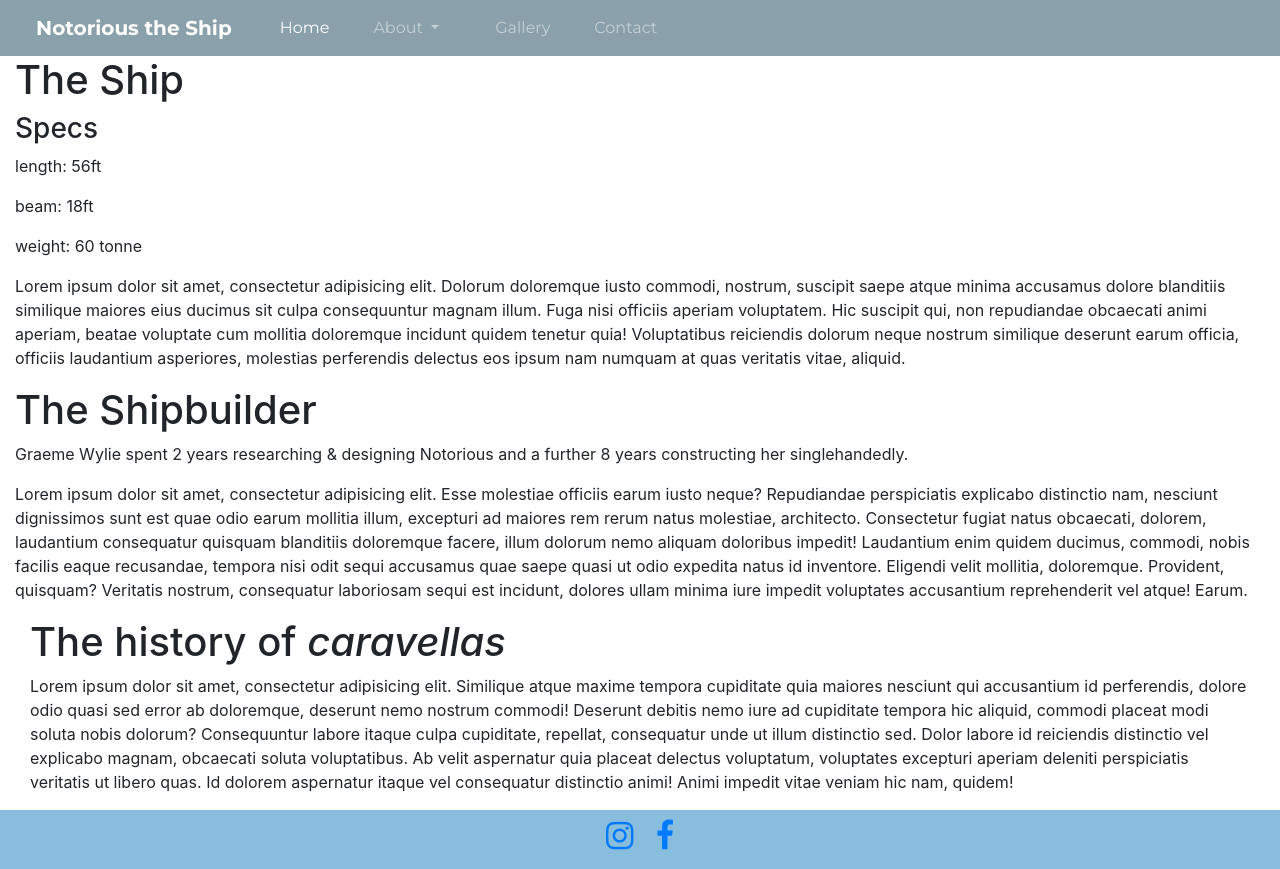
Repository: TSRose/NotorioustheShip
Page: about.html
The author's editor kept a record of every edit. The page is drawn from the files as they stood at one moment, then again after the next edit.
The browser window is 1280 px wide. The pictures show the whole page.

Above is the page before.

After the next edit:
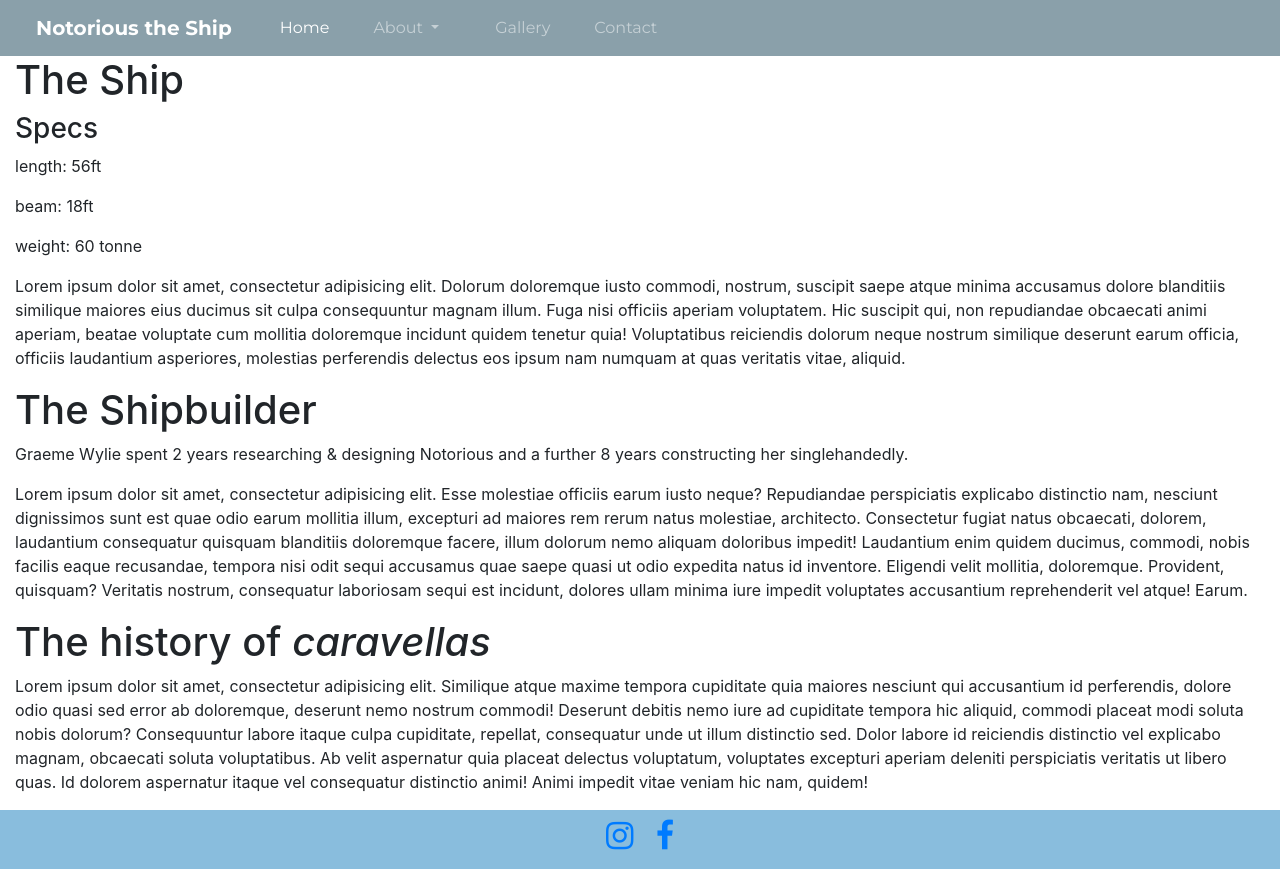
The edit:
--- a/about.html
+++ b/about.html
@@ -61,6 +61,7 @@
         </div>
         </div>
         <div class="article-container">
+        <div class="row">
         <div class="col-12">
             <div class="thehistory">
                 <h1>The history of <em>caravellas</em></h1>
